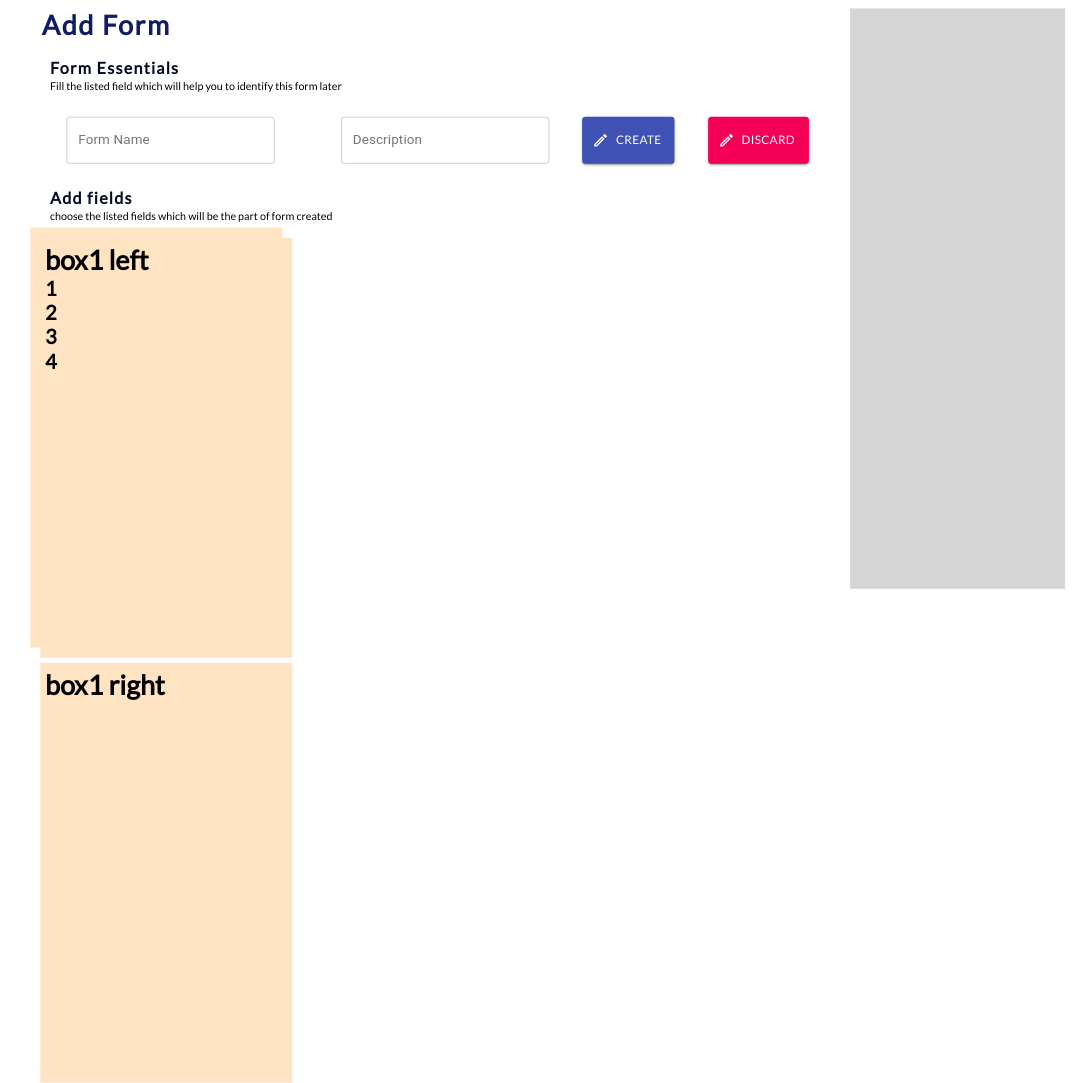
Repository: Architjain128/df
Page: /add
The author's editor kept a copy of each file at every save. The page is drawn from the files as they stood at one save, then again after the next save.
The browser window is 1280 px wide. The pictures show the whole page, at 84% of full size.
The project was rebuilt for these pictures with package versions that can differ from the ones it lists, and the page was loaded fresh each time. Also part of the build but not shown: src/App.css, src/dftable.js, src/dataForm.js.

Above is the page before, as saved 2021-06-26 02:47:11.

### src/addDataForm.js
import React , {Component} from 'react';
import './dataForm.css';
import { Button,TextField } from '@material-ui/core';
import CreateOutlinedIcon from '@material-ui/icons/CreateOutlined';
import TreeData from './grace.json'
import Sortable from 'sortablejs';








class AddDataForm extends Component{
    constructor(props){
        super(props);
        this.state={
            form_name:'',
            description:'',
            tree:[],
        }
        this.list_it=this.list_it.bind(this)
        this.list_to_html=this.list_to_html.bind(this)
        this.fetch_child=this.fetch_child.bind(this)
    }

    list_to_html=(name,level,parent)=>{
        if(level===0){
            return <h1>{name}</h1>
        }
        else if(level===1){
            return <h2>{name}</h2>
        }
        else{
            return <h3>{name}</h3>
        }
    }
    list_it=(data,parent)=>{
        var ro=[]
        for (var c in data) {
            if(parent==="imaging_reports"){
                ro.push(this.list_to_html(data[parseInt(c)],1,parent));
            }
            else if(parent==="testing_reports"){
                ro.push(this.list_to_html(data[c]["test_name"],1,parent));
            }
            else{
                ro.push(this.list_to_html(data[c]['name'],1,parent));
            }
        }
        return ro
    }

    fetch_child=(datas)=>{
        var finalrow=[]
        let i=0;
        for(let data in datas){
            let title=`sortablelist{i}`
            // finalrow.push(<div id={title} className="sortable-left">)

            finalrow.push(<h1>{data}</h1>)
            if(data==="imaging_reports"){
                finalrow.push(this.list_it(datas[data]["parameters"][0]["test_names"],"imaging_reports"))
            }
            else if(data==="testing_reports"){
                finalrow.push(this.list_it(datas[data]["parameters"][0]["test_names"],"testing_reports"))
            }
            else{
                finalrow.push(this.list_it(datas[data]["parameters"],0))
            }
            finalrow.push(<br/>)
            {/* finalrow.push(</div>) */}
        }
        this.setState({tree:finalrow})
    }
    componentDidMount(){
        this.fetch_child(TreeData)

        var left1=document.getElementById('sortable-1-left')
        var right1=document.getElementById('sortable-1-right')
        console.log("into sort")
        console.log(left1)
        console.log(right1)
        new Sortable(left1, {
            group: {
                name: 's',
                // sort:true,
                // pull: 'clone',
                put: false // Do not allow items to be put into this list
            },
            animation: 150,
            sort: false // To disable sorting: set sort to false
        });

        new Sortable(right1, {
            group: {
                name:'s',
                sort:true,
            },
            animation: 150
        });

    }
    render(){
        return (
            <>
                <div className="dataform">
                    <div className='df-create-section'>
                        <div className='df-form-gen'>
                            <div className="df-title">Add Form</div>
                            <div className="df-subtitle">Form Essentials</div>
                            <div className="df-description" >Fill the listed field which will help you to identify this form later</div>
                            <div className="df-form-ess">
                                <TextField id="outlined-basic" label="Form Name" variant="outlined" /><br/>
                                <TextField id="outlined-basic-large" label="Description" variant="outlined"/>
                                <div className="df-create2"><Button variant="contained" color="primary" startIcon={<CreateOutlinedIcon />}> Create </Button></div>
                                <div className="df-create2"><Button variant="contained" href='/' color="secondary" startIcon={<CreateOutlinedIcon />}> Discard </Button></div>
                            </div>
                            <div className="df-subtitle">Add fields</div>
                            <div className="df-description" >choose the listed fields which will be the part of form created</div>
                            <div className="df-create-section">
                                <div className="df-dnd">
                                    <div className="sort-cat">
                                        <div className="sort-box">
                                            <div id="sortable-1-left" className="sort-box-1">
                                                <h1>box1 left</h1>
                                                <h2 className="sortable">1</h2>
                                                <h2 className="sortable">2</h2>
                                                <h2 className="sortable">3</h2>
                                                <h2 className="sortable">4</h2>
                                            </div>
                                            <div id="sortable-1-right" className="sort-box-1">
                                                <h1>box1 right</h1>
                                            </div>
                                        </div>
                                    </div>
                                    {/* {this.state.tree} */}
                                </div>
                            </div>
                        </div>
                        <div className="df-form-pre-con">
                            <div className='df-form-pre'>

                            </div>
                        </div>
                    </div>
                    <div className="df-end" ></div>
                    <div className="df-footer" ></div>

                </div>
            </>
            );
        }
}

export default AddDataForm;

### src/dataForm.css
@import url('https://fonts.googleapis.com/css2?family=Lato&display=swap');

* {
  box-sizing: border-box;
  margin: 0;
  padding: 0;
  font-family: 'Lato', sans-serif;
}

.dataform {
  padding-left: clamp(10px,30px,5%);
  padding-top: clamp(5px,10px,3%);
  display:block;
  /* height: 90vh; */
  /* align-items: center; */
  justify-content: left;
}
.df-title{
  letter-spacing: 2px;
  font-size: clamp(1.8rem, 2.5vw, 2.8rem);
  color:#101d66;
  font-weight: bolder;
  padding-left:2%;
  padding-right:10%;
  margin-bottom: 2%;
}
.df-subtitle{
    letter-spacing: 1.5px;
    font-size: clamp(1.2rem, 1.5vw, 2rem);
    color:#060b26;
    font-weight: bold;
    padding-left:3%;
    padding-right:10%;
    margin-bottom: 0.2%;
}
.df-description{
    font-size: clamp(0.8rem, 1vw, 1.2rem);
    color:#000000;
    padding-left:3%;
    padding-right:10%;
}
.df-table{
    padding-top:3%;
    padding-bottom:3%;
    padding-left:3%;
    padding-right:10%;
    height: 460px;
}
.df-create-section{
  display: flex;
}
.df-create-section .df-subdes{
  flex-grow: 10;
}
.df-create-section .df-create{
  flex-grow: 0;
}
.df-create-section .df-form-gen{
  flex-grow: 1;
}
.df-create-section .df-form-pre-con{
  flex-grow: 1;
  margin-right: 1%;
}
.df-form-pre{
  background-color: rgb(213, 213, 213);
  height: 90%;
  width: 100%;
}
.df-create{
  /* margin-left: 10%; */
  /* padding: auto; */
  align-items: right;
  justify-content: flex-start;
  display: flex;
  padding-left:3%;
  padding-right:10%;
}
.df-create2{
  /* margin-left: 10%; */
  /* padding: auto; */
  align-items: right;
  justify-content: flex-start;
  display: flex;
  gap: 5px;
}
.df-end{
  padding-top: 3%;
  padding-left: 3%;
}
.df-footer{
  position:absolute;
  padding-left: 3%;
  bottom: 0;
}
.df-form-ess{
  padding: 3%;
  display: flex;
  justify-content: space-around;
}
.df-form-ess TextField{
  flex-grow: 5;
}
.df-form-ess Button{
  flex-grow: 1;
}
#outlined-basic{
  font-size: medium;
  width: 100%;
}
#outlined-basic-large{
  font-size: medium;
  width: 100%;
}

.sort-cat{
  display: flex;
}
.sort-box{
  height: 500px;
  width: 300px;
  background-color:bisque;
  margin: 2%;
  padding: 2%;
}
.sort-box-1{
  height: 500px;
  width: 300px;
  background-color:bisque;
  margin: 2%;
  padding: 2%;
}

Loaded but not shown: public/index.html (common file); src/index.js (common file); src/index.css (common file); src/App.js (common file); src/reportWebVitals.js (common file); src/grace.json (566 lines, source omitted)

After the next save:
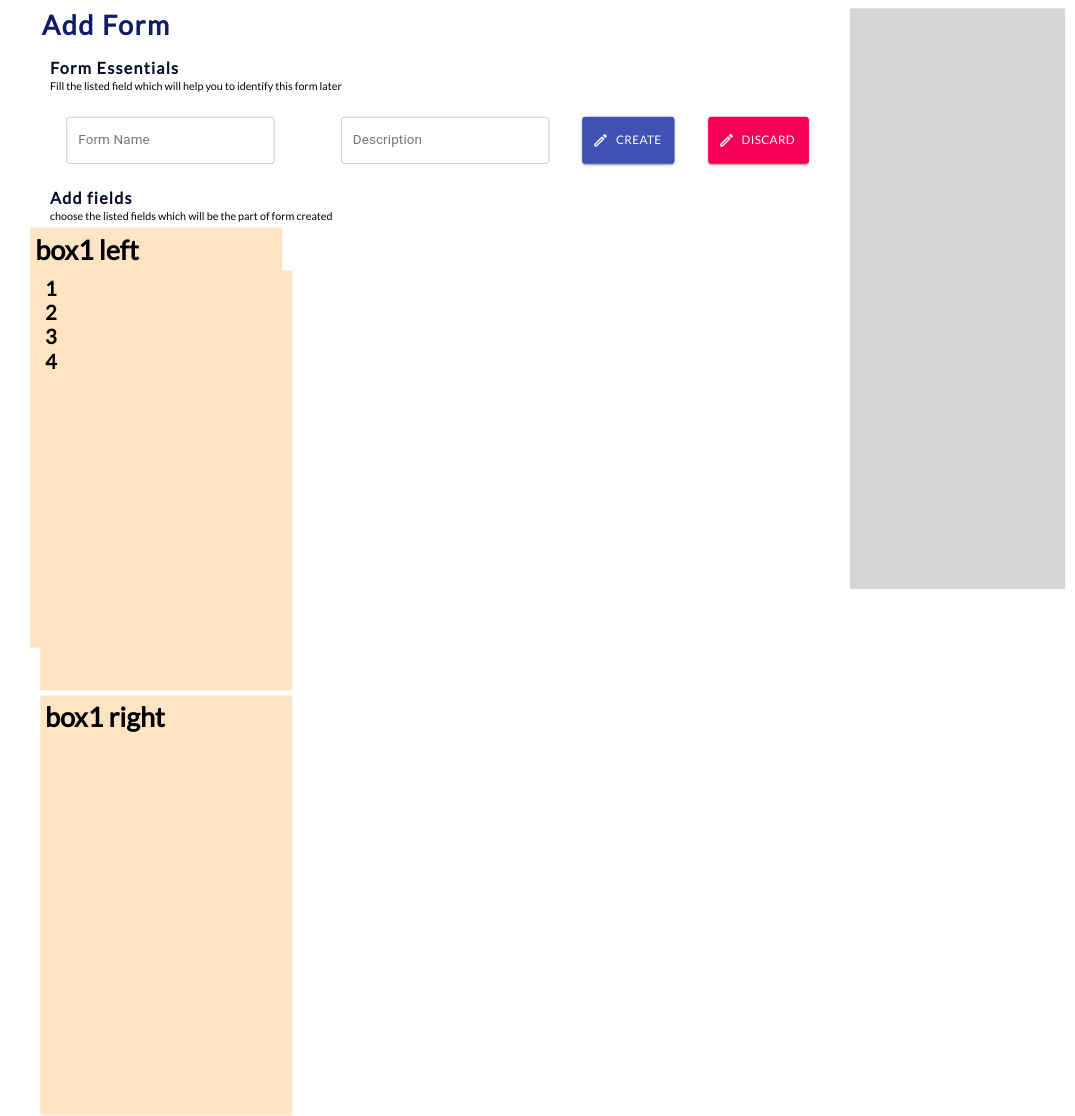
Saved 20 s later.
--- a/src/addDataForm.js
+++ b/src/addDataForm.js
@@ -123,8 +123,8 @@ class AddDataForm extends Component{
                                 <div className="df-dnd">
                                     <div className="sort-cat">
                                         <div className="sort-box">
+                                                <h1>box1 left</h1>
                                             <div id="sortable-1-left" className="sort-box-1">
-                                                <h1>box1 left</h1>
                                                 <h2 className="sortable">1</h2>
                                                 <h2 className="sortable">2</h2>
                                                 <h2 className="sortable">3</h2>
